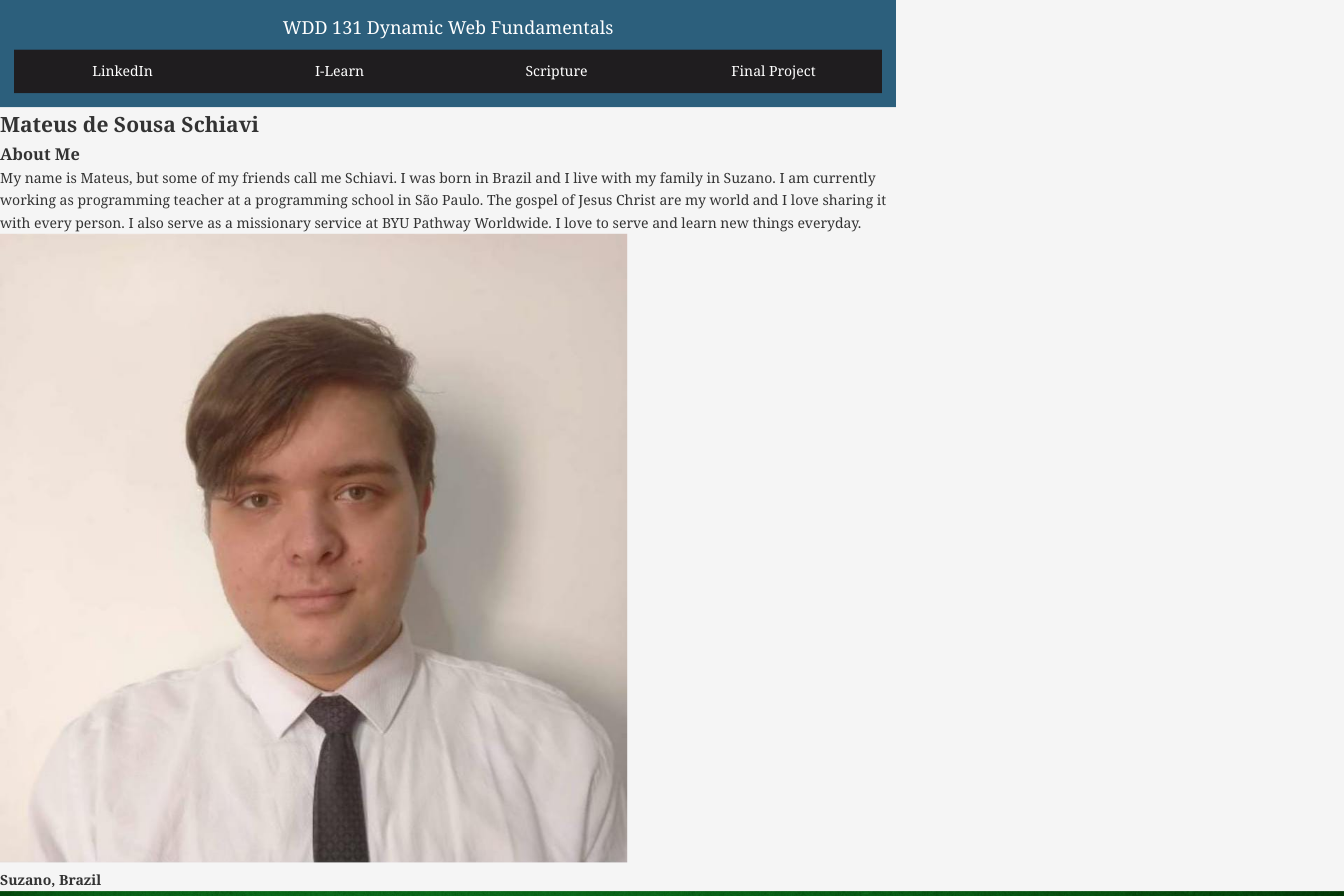
Repository: mateus-schiavi/wdd131
Page: index.html
The author's editor kept a copy of each file at every save. The page is drawn from the files as they stood at one save, then again after the next save.
The browser window is 1280 px wide. The page is 1920 px wide, then 1280 px, so the pictures cover 1920 px, including what lies to the right of the window. The pictures show the part of the page from y = 0 to 1280 px (the page is 2963 px tall before and 3070 px after), at 70% of full size.
Some web fonts or font styles are not loaded; a fallback is used.

Above is the page before, as saved 2026-01-10 18:11:31.

After the next save:
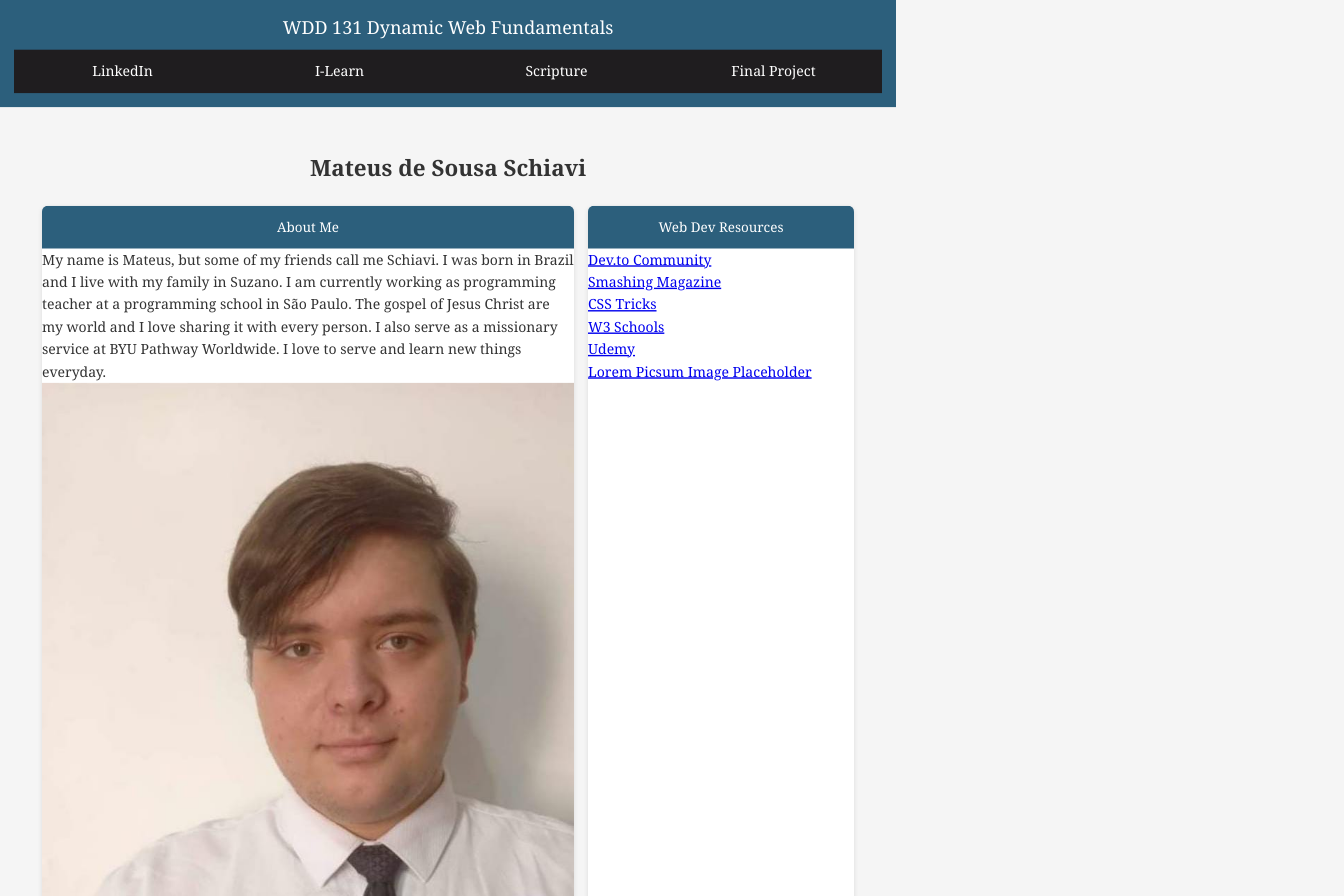
Saved 3 min 27 s later.
--- a/styles/base.css
+++ b/styles/base.css
@@ -42,3 +42,50 @@ nav a {
   text-align: center;
   transition: background-color 0.3s;
 }
+
+nav a:hover,
+nav a:focus {
+  background-color: #444;
+}
+
+main {
+  max-width: 1200px;
+  margin: 60px auto;
+  padding: 0 20px;
+}
+
+main > h2 {
+  text-align: center;
+  font-size: 2rem;
+  margin-bottom: 30px;
+  color: #333;
+}
+
+.content-wrapper {
+  display: grid;
+  grid-template-columns: 2fr 1fr;
+  gap: 20px;
+}
+
+.card {
+  background-color: white;
+  border-radius: 8px;
+  box-shadow: 0 2px 8px rgba(0, 0, 0, 0.1);
+  overflow: hidden;
+  transition: transform 0.2s ease, box-shadow 0.2s ease;
+}
+
+.card:hover {
+  transform: translate(-3px);
+  box-shadow: 0 4px 12px rgba(0, 0, 0, 0.15);
+}
+
+.card h3 {
+  background-color: #2c5f7c;
+  color: white;
+  padding: 15px;
+  text-align: center;
+  font-size: 1.2rem;
+  margin: 0;
+  font-weight: normal;
+}
